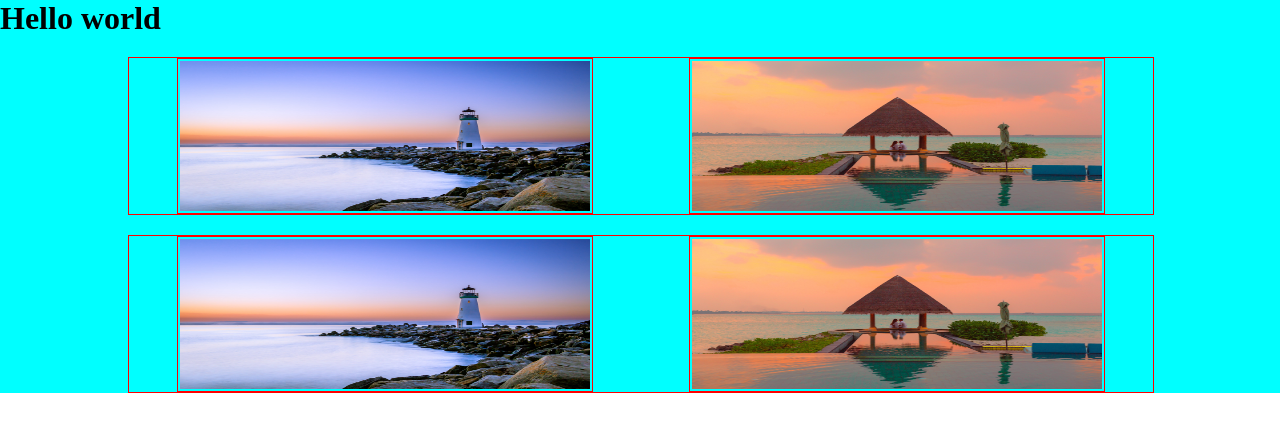
Repository: RPSKumara/DPEdudationPyhton
Page: ImageStyle/index.html
These files come from the project's save history. The page is drawn as it stood at one moment and after the next save; the edit follows.
The browser window is 1280 px wide. The pictures show the whole page.

Above is the page before, as saved 2022-04-20 10:26:24.

After the next save:
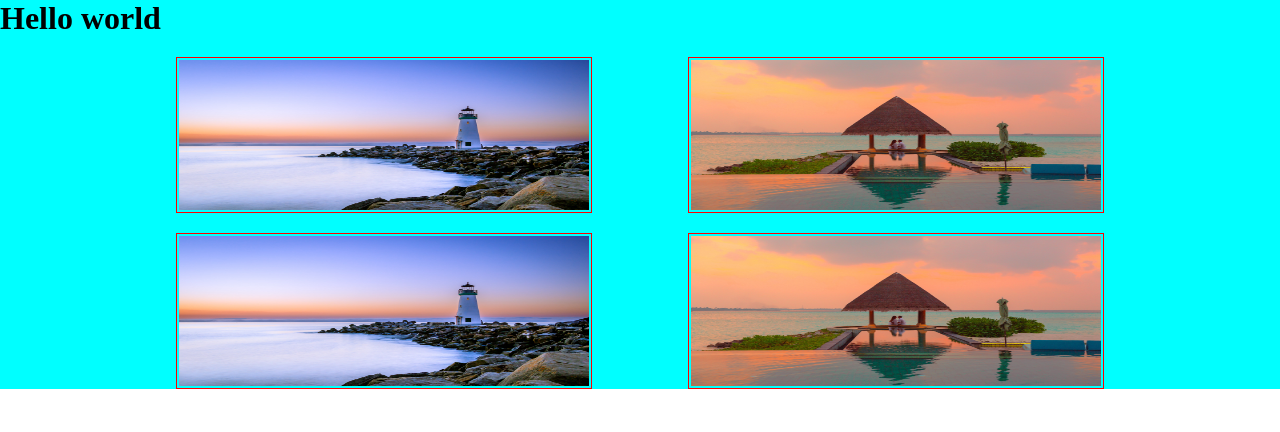
Saved 25 s later.
--- a/ImageStyle/style.css
+++ b/ImageStyle/style.css
@@ -10,8 +10,6 @@
     min-width: 80%;
     width: 80%;
     margin: 20px 10%;
-
-    border: red solid 0.5px;
     display: flex;
     flex-wrap: wrap;
     justify-content: space-around;
